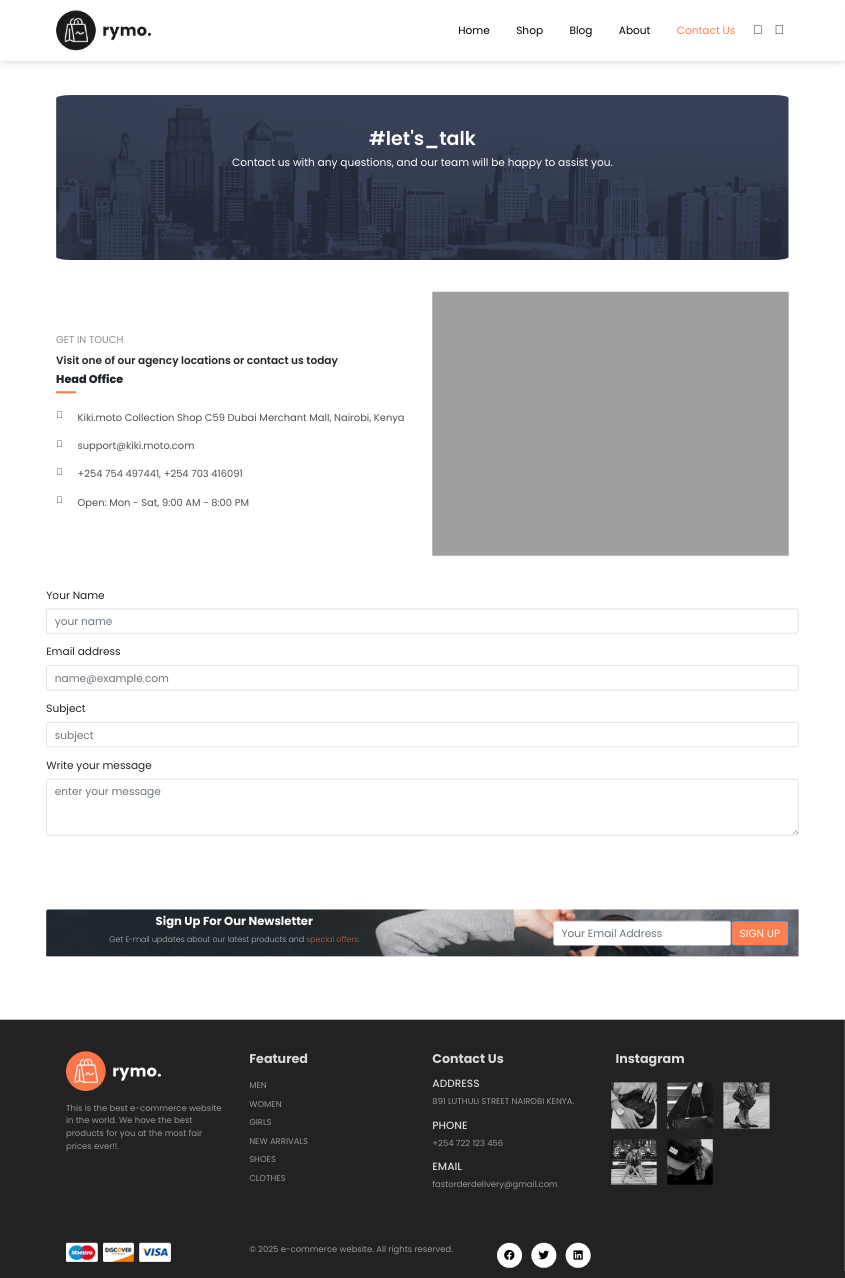
Repository: peter417waweru/e-commerce-UI
Page: contact.html
An editor plug-in stored every save of this project. The page is shown before and after the next save, followed by the edit.
The browser window is 1280 px wide. The pictures show the whole page, at 66% of full size.
Pictures or frames that could not be fetched are drawn as grey boxes. Some web libraries are served in a nearby version.

Above is the page before, as saved 2025-02-10 01:08:05.
Console error: TypeError: Cannot set properties of undefined (setting 'onclick')

After the next save:
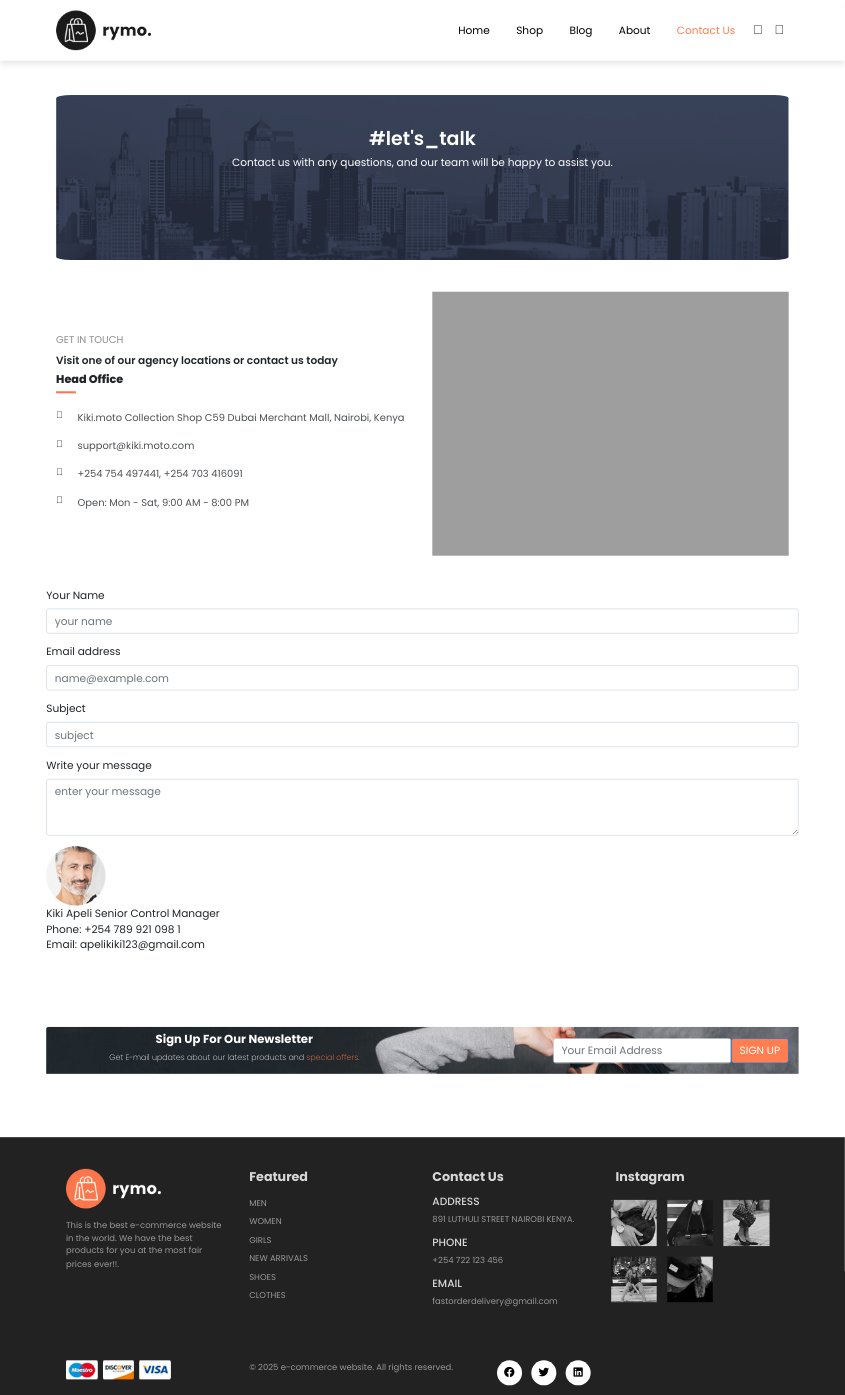
Saved 5 min 59 s later.
--- a/contact.html
+++ b/contact.html
@@ -117,6 +117,10 @@
                     </div>
                 </div>
                 <div class="members">
+                    <div>
+                        <img src="img/people/1.png" alt="">
+                        <p><span>Kiki Apeli</span> Senior Control Manager <br>Phone: +254 789 921 098 1 <br>Email: apelikiki123@gmail.com</p>
+                    </div>
 
                 </div>
             </div>
